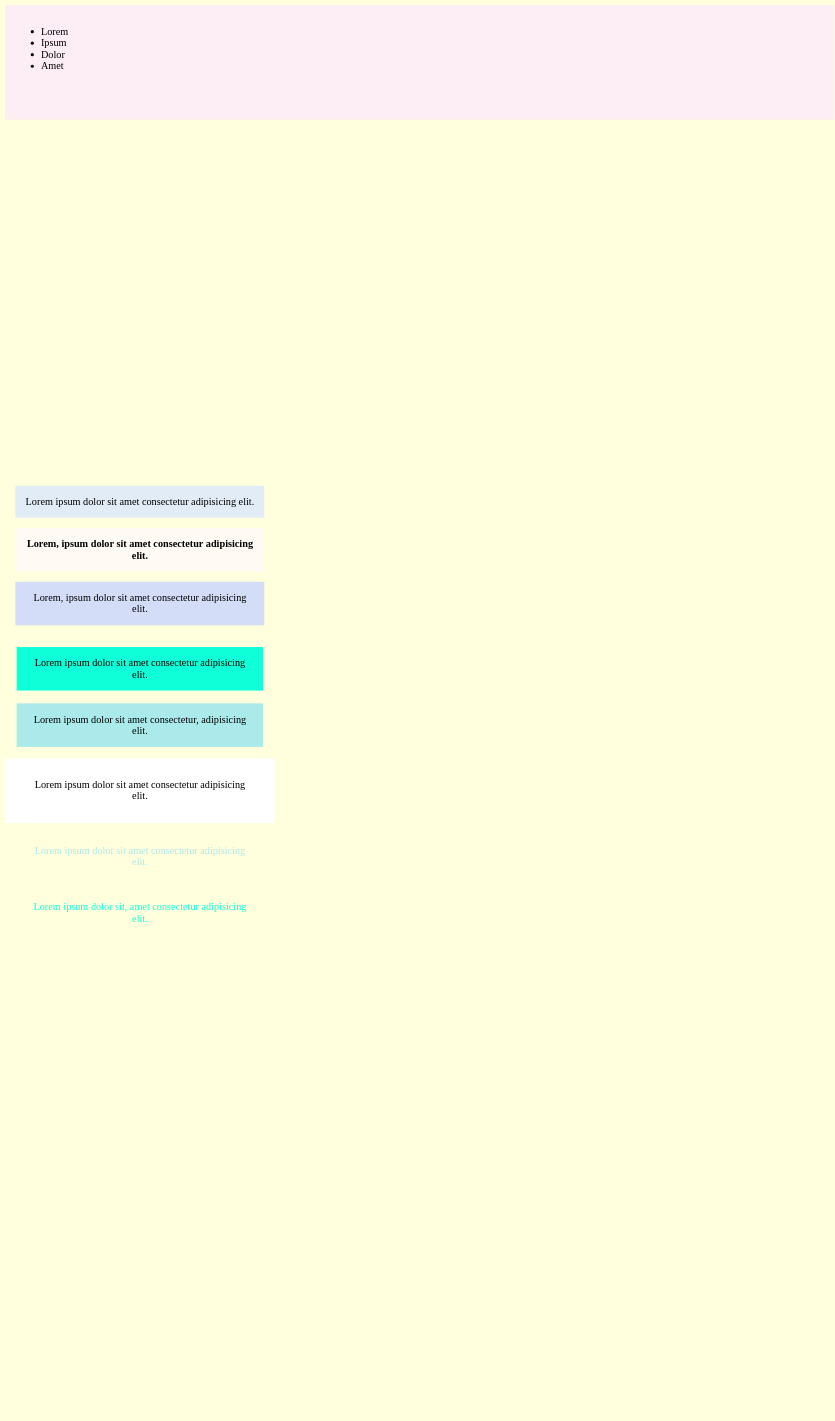
Repository: HTML-a-CSS-2/projekt-portfolio-Angelina555555
Page: .github/index.html
The author's editor kept a copy of each file at every save. The page is drawn from the files as they stood at one save, then again after the next save.
The browser window is 1280 px wide. The page is 1304 px wide, so the pictures cover 1304 px, including what lies to the right of the window. The pictures show the whole page, at 64% of full size.

Above is the page before, as saved 2022-05-15 20:09:30.

### .github/index.html
<!DOCTYPE html>
<html lang="en">
  <head>
    <meta charset="UTF-8" />
    <meta http-equiv="X-UA-Compatible" content="IE=edge" />
    <meta name="viewport" content="width=device-width, initial-scale=1.0" />
    <link rel="stylesheet" href="default.css" />
    <title>Document</title>
  </head>
  <body>
    <div class="menu">
      <ul id="nav">
        <li>Lorem</li>
        <li>Ipsum</li>
        <li>Dolor</li>
        <li>Amet</li>
      </ul>
    </div>
    <div class="container">
      <div class="article">
        <div class="article__element-jeden article__element-jeden--blue">
          Lorem ipsum dolor sit amet consectetur adipisicing elit.
        </div>
        <div
          class="article__element-dva article__element-dva--pink article__element-dva--big"
        >
          Lorem, ipsum dolor sit amet consectetur adipisicing elit.
        </div>
        <div class="article__element-tri article__element-tri--purple">
          Lorem, ipsum dolor sit amet consectetur adipisicing elit.
        </div>
      </div>
      <div class="age">
        <div class="age__element-ctyri age__element-ctyri--green">
          Lorem ipsum dolor sit amet consectetur adipisicing elit.
        </div>
        <div class="age__element-pet age__element-pet--mint">
          Lorem ipsum dolor sit amet consectetur, adipisicing elit.
        </div>
      </div>
      <div class="leader">
        <div class="leader__element-sest leader__element-sest--padding-small">
          Lorem ipsum dolor sit amet consectetur adipisicing elit.
        </div>
      </div>
      <div class="blok-posledni">
        <div
          class="blok-posledni__element-osm blok-posledni__element-osm--mint"
        >
          Lorem ipsum dolor sit amet consectetur adipisicing elit.
        </div>
        <div
          class="blok-posledni__element-devet blok-posledni__element-devet--green"
        >
          Lorem ipsum dolor sit, amet consectetur adipisicing elit.
        </div>
      </div>
    </div>
  </body>
</html>

### .github/default.css
body {
  background-color: #ffffdd;
  display: grid;

  grid-template-columns: 1fr 1fr 1fr;
  grid-template-rows: 1fr 1fr 1fr;
}

.menu {
  width: 100%;
  height: 20%;
  grid-column-end: span 3;
  background-color: #fdedf5;
  padding: 1rem;
  font-size: 1rem;
}

.article,
.age,
.leader,
.blok-posledni {
  padding: 1rem;
  display: flex;
  flex-wrap: wrap;
  text-align: center;
  gap: 1rem;
}

.article__element-jeden,
.article__element-dva,
.article__element-tri {
  display: flex;
  justify-content: center;
  align-items: center;
  padding: 1rem 1rem;

  font-size: 1rem;
}

.article__element-jeden--blue {
  background-color: #e1ecf6;
}
.article__element-dva--pink {
  background-color: #fffbf4;
}
.article__element-tri--purple {
  background-color: #d4ddf7;
}

.article__element-dva--big {
  font-weight: bold;
}

.age__element-ctyri,
.age__element-pet,
.leader__element-sest,
.blok-posledni__element-osm,
.blok-posledni__element-devet {
  padding: 1rem 1rem;
  margin: 2px;
  font-size: 1rem;
}

.age__element-ctyri--green {
  background-color: #0fffd9;
}
.age__element-pet--mint {
  background-color: #aaeaeb;
}
.leader {
  background-color: white;
}
.leader__element-sest--padding-small {
  padding: 0.9rem;
}
.blok-posledni__element-osm--mint {
  color: #aaeaeb;
}

.blok-posledni__element-devet--green {
  color: #0fffd9;
}

After the next save:
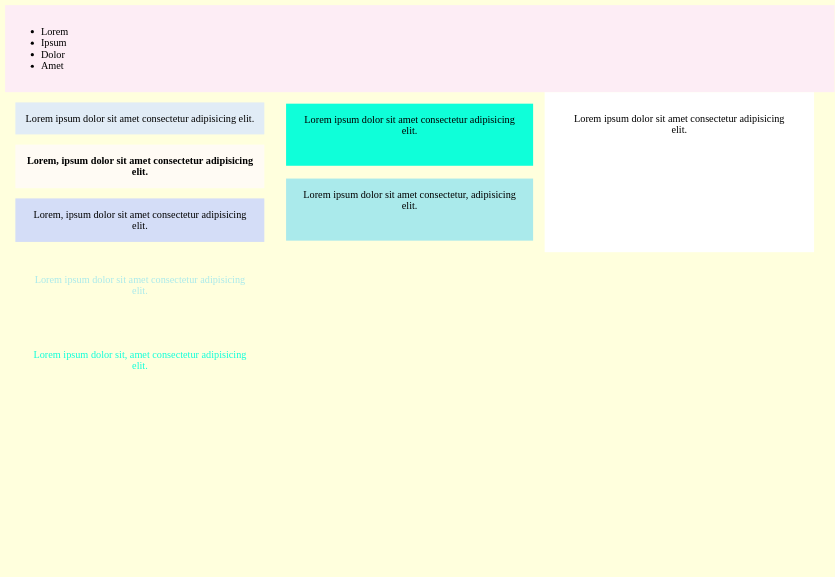
Saved 38 s later.
--- a/.github/default.css
+++ b/.github/default.css
@@ -1,11 +1,12 @@
 body {
   background-color: #ffffdd;
+}
+.container {
   display: grid;
 
   grid-template-columns: 1fr 1fr 1fr;
   grid-template-rows: 1fr 1fr 1fr;
 }
-
 .menu {
   width: 100%;
   height: 20%;
